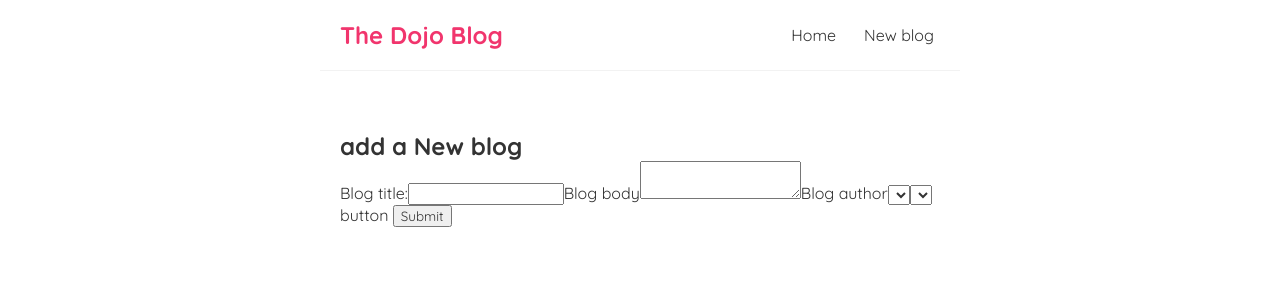
Repository: Samkiroko/full-reacr-ninja
Page: /create
These files come from the project's save history. The page is drawn as it stood at one moment and after the next save; the edit follows.
The browser window is 1280 px wide. The pictures show the whole page.
The project was rebuilt for these pictures with package versions that can differ from the ones it lists, and the page was loaded fresh each time. Also part of the build but not shown: src/BlogList.js, src/useFetch.js, src/Home.js, src/BlogDetails.js.

Above is the page before, as saved 2021-07-23 16:53:28.

### src/index.css
@import url('https://fonts.googleapis.com/css2?family=Quicksand:wght@300;400;500;600;700&display=swap');

/* base styles */

* {
    margin: 0;
    font-family: 'Quicksand';
    color: #333;
}

.navbar {
    padding: 20px;
    display: flex;
    align-items: center;
    max-width: 600px;
    margin: 0 auto;
    border-bottom: 1px solid #f2f2f2;
}

.navbar h1 {
    color: #f1356d;
}

.navbar .links {
    margin-left: auto;
}

.navbar a {
    margin-left: 16px;
    text-decoration: none;
    padding: 6px;
}

.navbar a:hover {
    color: #f1356d;
}

.content {
    max-width: 600px;
    margin: 40px auto;
    padding: 20px;
}


/* blog previews / list */

.blog-preview {
    padding: 10px 16px;
    margin: 20px 0;
    border-bottom: 1px solid #fafafa;
}

.blog-preview:hover {
    box-shadow: 1px 3px 5px rgba(0, 0, 0, 0.1);
}

.blog-preview h2 {
    font-size: 20px;
    color: #f1356d;
    margin-bottom: 8px;
}

.blog-preview a {
    text-decoration: none;
}


/* blog details page */

.blog-details h2 {
    font-size: 20px;
    color: #f1356d;
    margin-bottom: 10px;
}

.blog-details div {
    margin: 20px 0;
}

.blog-details button {
    background: #f1356d;
    color: #fff;
    border: 0;
    padding: 8px;
    border-radius: 8px;
    cursor: pointer;
}

### src/App.js
import Home from './Home'
import Navbar from './Navbar'
import { BrowserRouter as Router, Route, Switch } from 'react-router-dom'
import Create from './Create'
import BlogDetails from './BlogDetails'

function App() {
  return (
    <Router>
      <div className='App'>
        <Navbar />
        <div className='content'>
          <Switch>
            <Route exact path='/' component={Home} />
            <Route exact path='/create' component={Create} />
            <Route exact path='/blogs/:id' component={BlogDetails} />
          </Switch>
        </div>
      </div>
    </Router>
  )
}

export default App

### src/Navbar.js
import React from 'react'
import { Link } from 'react-router-dom'

const Navbar = () => {
  return (
    <nav className='navbar'>
      <h1>The Dojo Blog</h1>
      <div className='links'>
        <Link to='/'>Home</Link>
        <Link to='/create'>New blog</Link>
      </div>
    </nav>
  )
}

export default Navbar

### src/Create.js
const Create = () => {
  return (
    <div className='create'>
      <h2>add a New blog</h2>
      <form action=''>
        <label>Blog title:</label>
        <input type='text' required />
        <label>Blog body</label>
        <textarea required></textarea>
        <label>Blog author</label>
        <select value='mario'></select>
        <select value='yoshi'></select>
        button <input type='submit' />
      </form>
    </div>
  )
}

export default Create

Loaded but not shown: public/index.html (common file); src/index.js (common file)

After the next save:
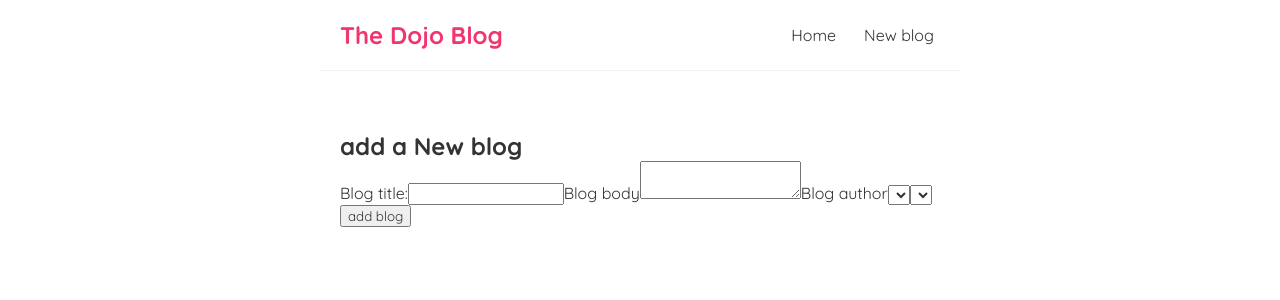
Saved 32 s later.
--- a/src/Create.js
+++ b/src/Create.js
@@ -10,7 +10,7 @@ const Create = () => {
         <label>Blog author</label>
         <select value='mario'></select>
         <select value='yoshi'></select>
-        button <input type='submit' />
+        <button>add blog</button>
       </form>
     </div>
   )
